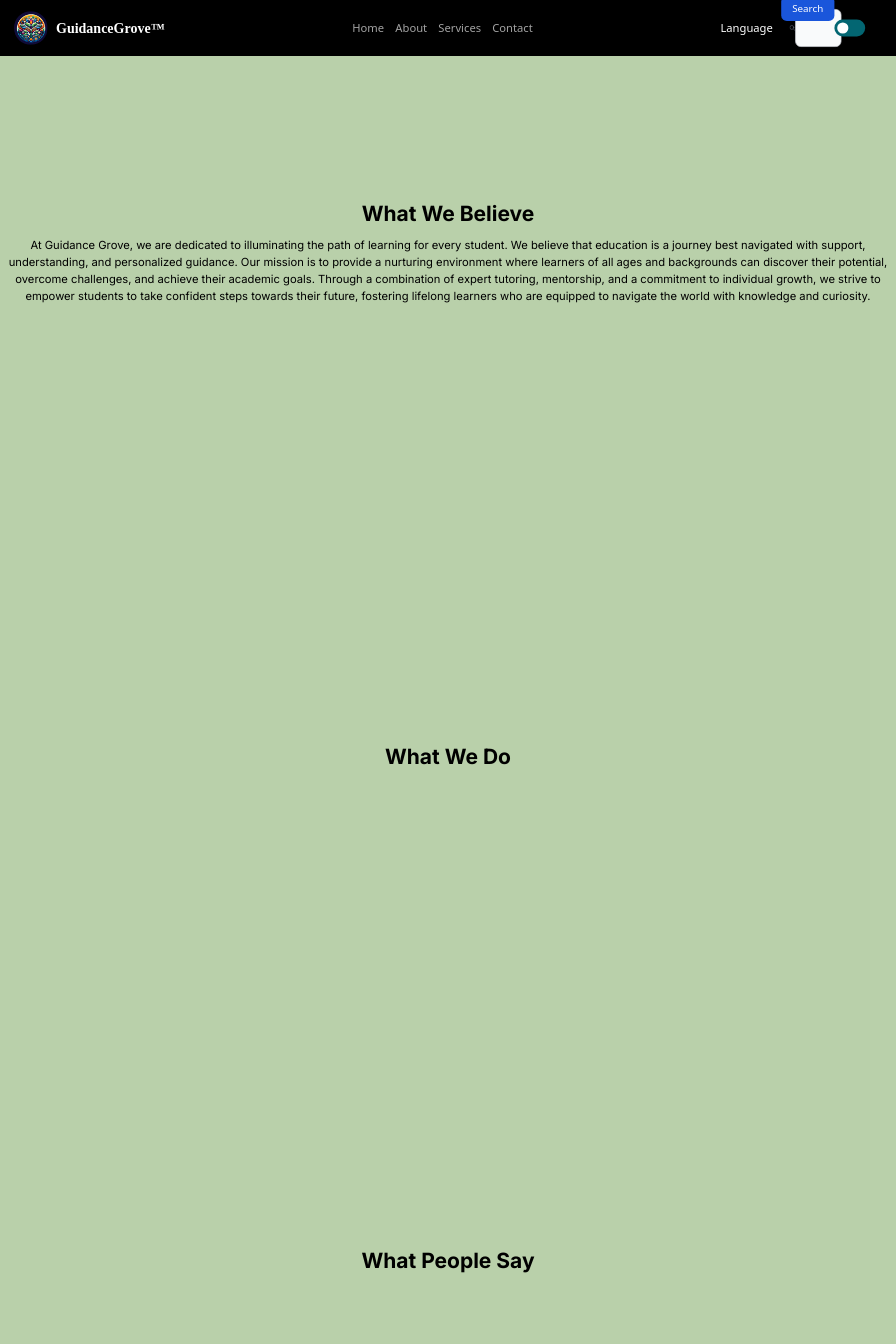
Repository: PositiveGuy/GuidanceGrove
Page: /
These files come from the project's save history. The page is drawn as it stood at one moment and after the next save; the edit follows.
The browser window is 1280 px wide. The pictures show the part of the page from y = 0 to 1920 px (the page is 3874 px tall), at 70% of full size.
The project was rebuilt for these pictures with package versions that can differ from the ones it lists, and the page was loaded fresh each time. The framework's server and built-in components were replaced by stand-ins that run in the browser. Also part of the build but not shown: next.config.js.

Above is the page before, as saved 2023-12-28 14:27:10.

After the next save:
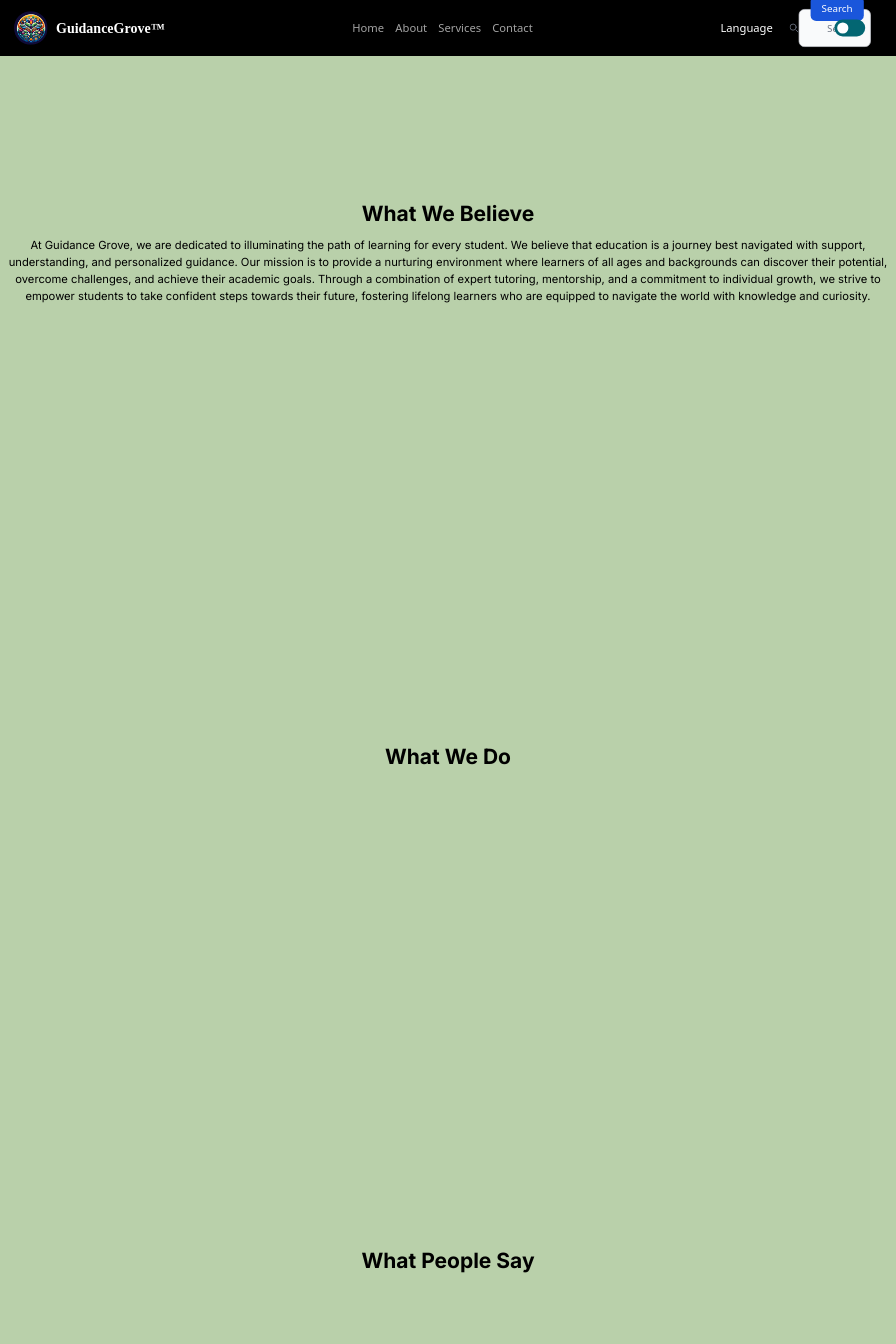
Saved 4 s later.
--- a/src/components/SearchBar.tsx
+++ b/src/components/SearchBar.tsx
@@ -4,7 +4,7 @@ export default function SearchBar() {
 
             <form>
                 <label htmlFor="default-search" className="mb-2 text-sm font-medium text-gray-900 sr-only dark:text-white">Search</label>
-                <div className="relative">
+                <div className="relative w-32">
                     <div className="absolute inset-y-0 start-0 flex items-center ps-3 pointer-events-none">
                         <svg className="w-4 h-4 text-gray-500 dark:text-gray-400" aria-hidden="true" xmlns="http://www.w3.org/2000/svg" fill="none" viewBox="0 0 20 20">
                             <path stroke="currentColor" stroke-linecap="round" stroke-linejoin="round" stroke-width="2" d="m19 19-4-4m0-7A7 7 0 1 1 1 8a7 7 0 0 1 14 0Z" />
